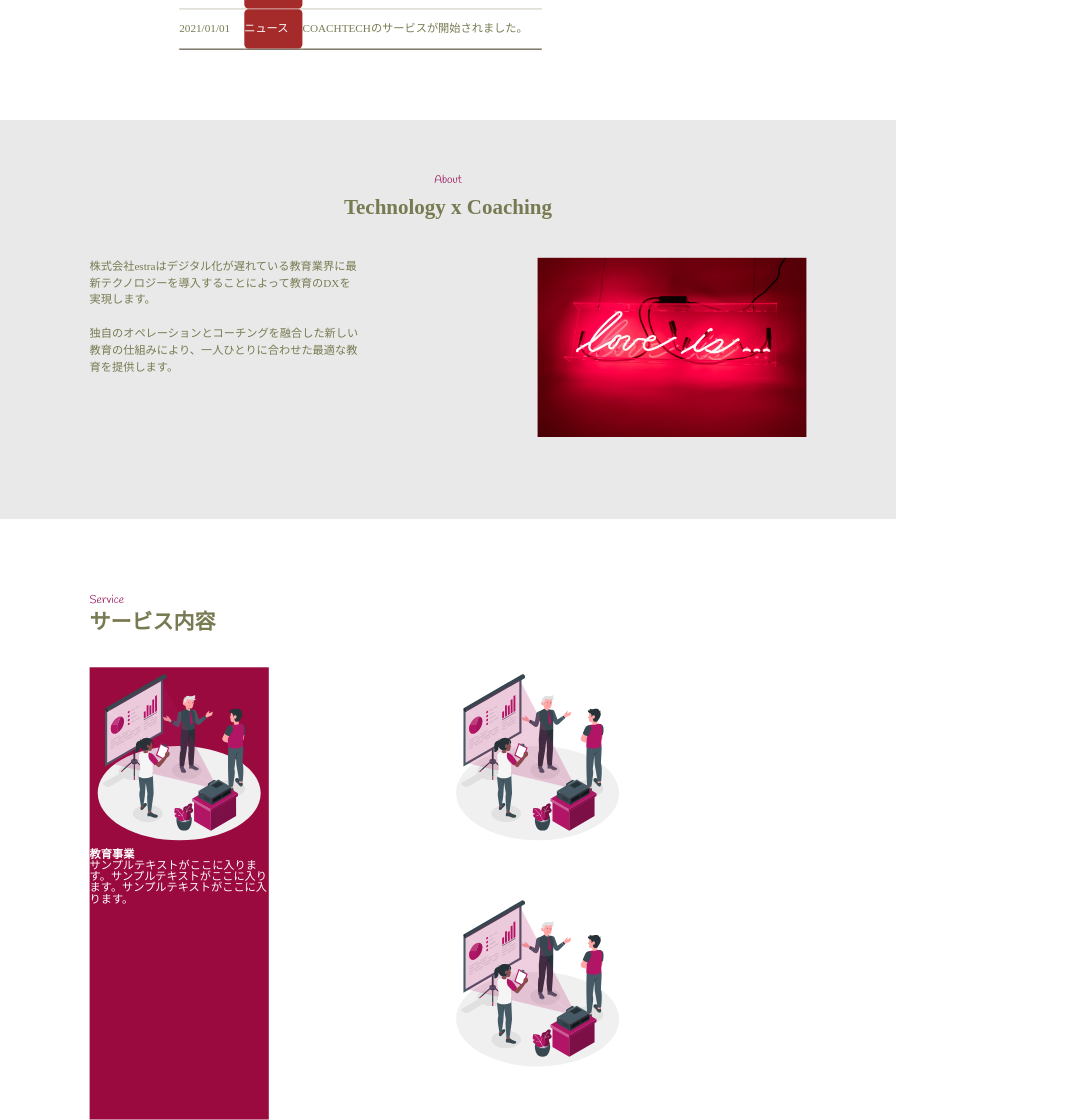
Repository: masanarimiura/20220504miura
Page: index.html
These files come from the project's save history. The page is drawn as it stood at one moment and after the next save; the edit follows.
The browser window is 1280 px wide. The page is 1536 px wide, so the pictures cover 1536 px, including what lies to the right of the window. The pictures show the part of the page from y = 965 to 2565 px (the page is 2565 px tall), at 70% of full size.

Above is the page before, as saved 2022-05-04 21:59:36.

After the next save:
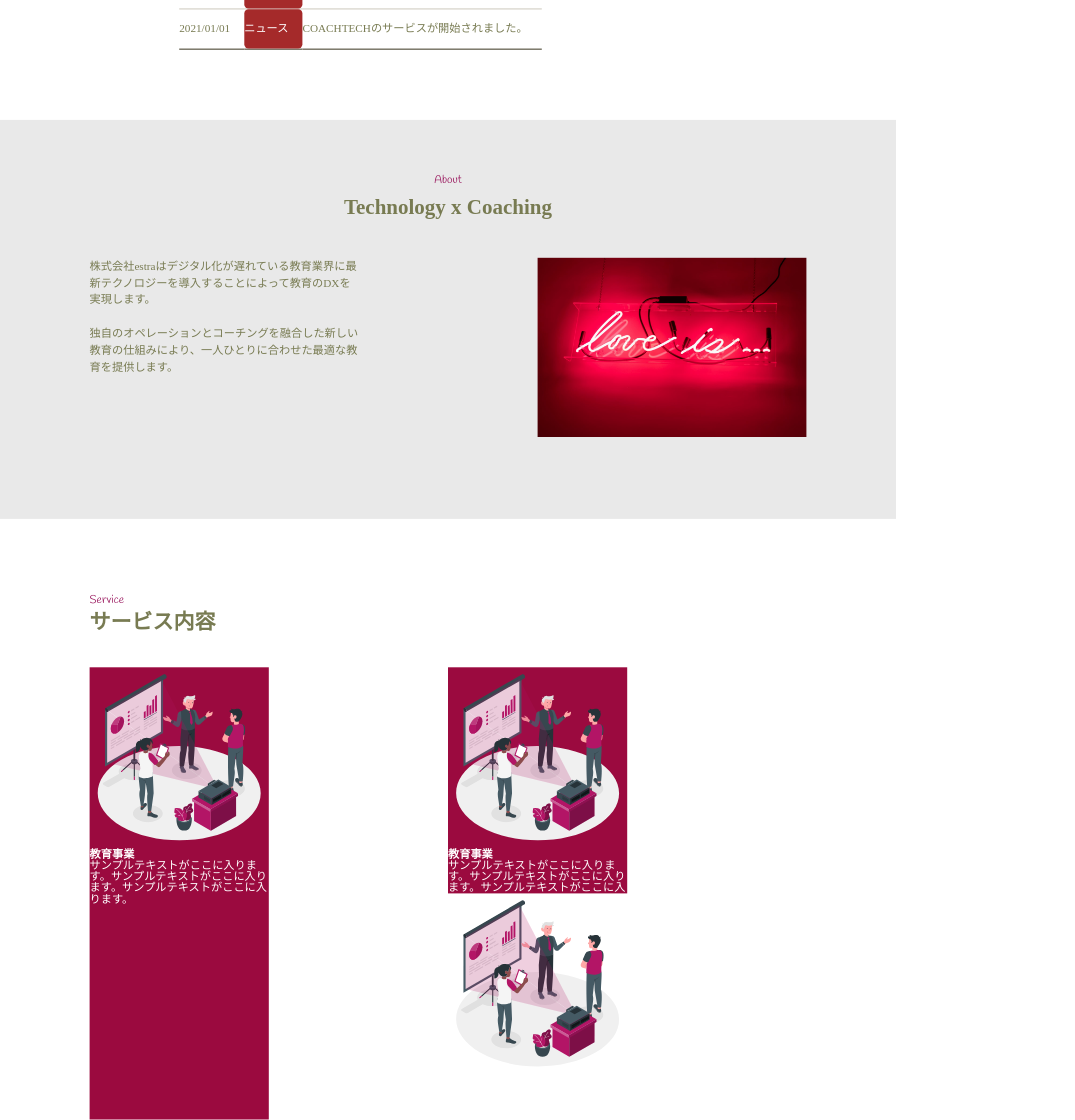
Saved 9 s later.
--- a/css/style.css
+++ b/css/style.css
@@ -158,7 +158,7 @@ a {
 .service-box2 {
   grid-column: 2/3;
   grid-row: 1/2;
-
+  background-color: rgb(155, 10, 63);
 }
 .service-box3 {
   grid-column: 2/3;
